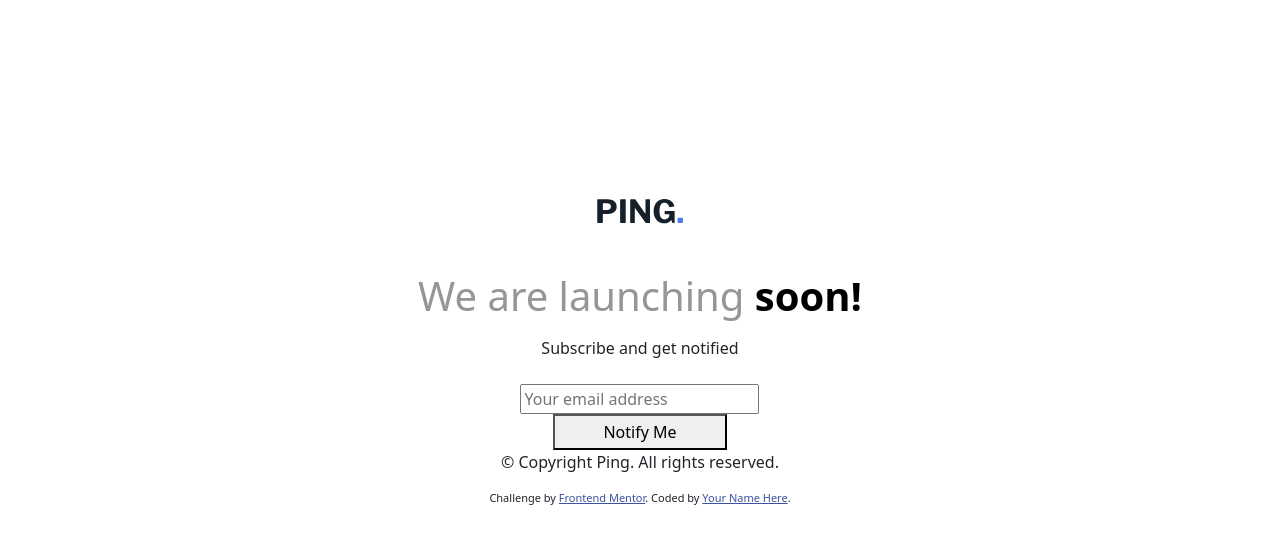
Repository: blordeus/ping-coming-soon-page-master
Page: index.html
The author's editor kept a copy of each file at every save. The page is drawn from the files as they stood at one save, then again after a run of saves.
The browser window is 1280 px wide. The pictures show the whole page.
The style sheet was rebuilt from its Sass, Less or Tailwind sources for each picture, by a compiler version that may differ from the author's.

Above is the page before, as saved 2023-08-31 11:18:21.

### index.html
<!DOCTYPE html>
<html lang="en">
<head>
  <meta charset="UTF-8">
  <meta name="viewport" content="width=device-width, initial-scale=1.0"> <!-- displays site properly based on user's device -->

  <link rel="icon" type="image/png" sizes="32x32" href="./images/favicon-32x32.png">
  <link rel="stylesheet" href="style.css">
  <link href="https://cdn.jsdelivr.net/npm/bootstrap@5.3.1/dist/css/bootstrap.min.css" rel="stylesheet" integrity="sha384-4bw+/aepP/YC94hEpVNVgiZdgIC5+VKNBQNGCHeKRQN+PtmoHDEXuppvnDJzQIu9" crossorigin="anonymous">
  <title>Frontend Mentor | Ping coming soon page</title>


</head>
<body>
  <main class="text-center">
    <img class="mb-5" src="./images/logo.svg" alt="logo">

    <h1 class="heading-color">We are launching <strong class="text-black">soon!</strong></h1>

    <p class="mt-3 mb-4">Subscribe and get notified</p>

    <div >
      <input class="" type="email" placeholder="Your email address">
      <br>
      <button class="px-5 py-1">Notify Me</button>
    </div>

    <p>&copy; Copyright Ping. All rights reserved.</p>

    <footer>
      <p class="attribution">
        Challenge by <a rel="noopener" href="https://www.frontendmentor.io?ref=challenge" target="_blank">Frontend Mentor</a>.
        Coded by <a href="#">Your Name Here</a>.
      </p>
    </footer>
  </main>
  <script src="https://cdn.jsdelivr.net/npm/bootstrap@5.3.1/dist/js/bootstrap.bundle.min.js" integrity="sha384-HwwvtgBNo3bZJJLYd8oVXjrBZt8cqVSpeBNS5n7C8IVInixGAoxmnlMuBnhbgrkm" crossorigin="anonymous"></script>
</body>
</html>

### style.scss
  @import url('https://fonts.googleapis.com/css2?family=Libre+Franklin:wght@300;600;700&display=swap');

:root {
    --very-dark-blue: hsl(209, 33%, 12%);
    --dark-gray: hsl(0, 0%, 59%);
    --blue: hsl(223, 87%, 63%);
    --light-red: hsl(354, 100%, 66%);
    --pale-blue: hsl(223, 100%, 88%);
}

body {
    font-size: 20px;
    font-family: 'Libre Franklin', sans-serif;
    box-sizing: border-box;
    margin: 0;
    padding: 0;
    min-height: 100vh;
    display: flex;
    flex-direction: column;
    justify-content: center;
    align-items: center;
}

.heading-color {
    color: var(--dark-gray);
}

  .attribution { font-size: 11px; text-align: center; }
  .attribution a { color: hsl(228, 45%, 44%); }

After the next 4 saves:
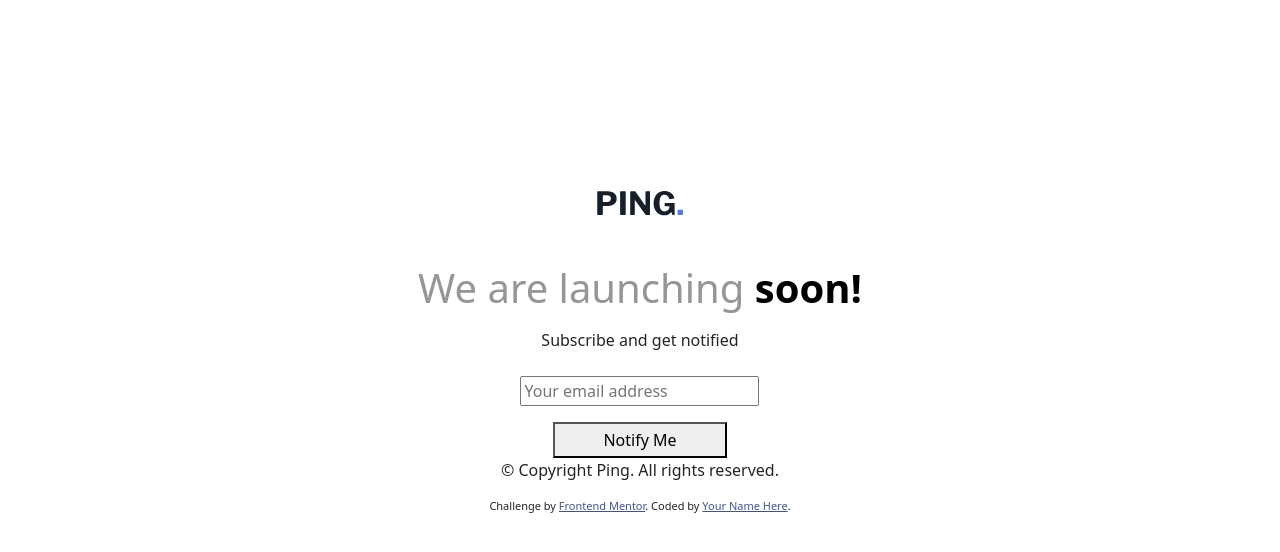
The 4 saves are shown as one change because they came seconds apart.
The last was saved 17 s later.
--- a/index.html
+++ b/index.html
@@ -22,7 +22,7 @@
     <div >
       <input class="" type="email" placeholder="Your email address">
       <br>
-      <button class="px-5 py-1">Notify Me</button>
+      <button class="px-5 py-1 mt-3">Notify Me</button>
     </div>
 
     <p>&copy; Copyright Ping. All rights reserved.</p>
